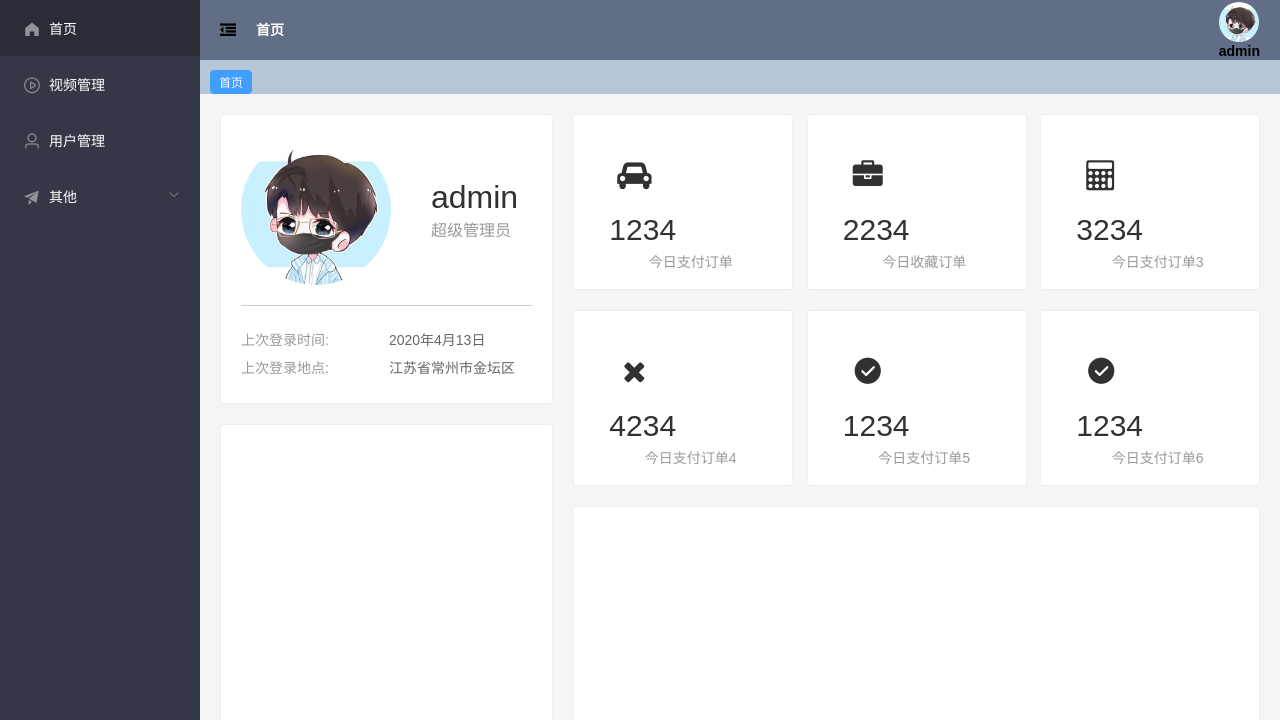
Repository: coWhy/vue-manage
Page: /
These files come from the project's save history. The page is drawn as it stood at one moment and after a run of saves; the edit follows.
The browser window is 1280 px wide. The pictures show the whole page.
An inner scrolling area shows only its first screen. The project was rebuilt for these pictures with package versions that can differ from the ones it lists, and the page was loaded fresh each time. Also part of the build but not shown: vue.config.js.

Above is the page before, as saved 2020-04-13 23:51:44.

### src/main.js
import Vue from 'vue'
import App from './App.vue'
import router from './router'
import store from './store'
// 全局配置样式
import '@/assets/scss/reset.scss'
import '@/assets/font-awesome-4.7.0/css/font-awesome.css'
// 第三方包
import ElementUI from 'element-ui'
import 'element-ui/lib/theme-chalk/index.css'
// 自定义全局插件
import http from '@/plugins/http' // 自定义全局axios
// 引入Mock 主要是用于前端模拟使用 使用时 记得注释掉
import './mock'

Vue.config.productionTip = false
Vue.use(http)
console.log(
  `当前所处开发环境:【${process.env.NODE_ENV}】| 路由为: 【${process.env.VUE_APP_URL}】`
)
Vue.use(ElementUI)
new Vue({
  router,
  store,
  render: h => h(App)
}).$mount('#app')

### src/App.vue
<template>
  <div id="app">
    <router-view />
  </div>
</template>

<style lang="scss">
#app {
  // color: $theme-color;
  height: 100vh;
}
</style>

### src/router/index.js
import Vue from 'vue'
import VueRouter from 'vue-router'
//
const originalPush = VueRouter.prototype.push
VueRouter.prototype.push = function push(location) {
  return originalPush.call(this, location).catch(err => err)
}
Vue.use(VueRouter)

const routes = [
  {
    path: '/',
    component: () => import('@/views/layout/index'),
    children: [
      {
        path: '/',
        name: 'home',
        component: () => import('@/views/home/index')
      },
      {
        path: '/video',
        name: 'video',
        component: () => import('@/views/video/index')
      },
      {
        path: '/user',
        name: 'user',
        component: () => import('@/views/user/index')
      },
      {
        path: '/page1',
        name: 'page1',
        component: () => import('@/views/other/page1')
      },
      {
        path: '/page2',
        name: 'page2',
        component: () => import('@/views/other/page2')
      }
    ]
  }
]

const router = new VueRouter({
  routes
})

export default router

### src/store/index.js
import Vue from 'vue'
import Vuex from 'vuex'
import tag from './modules/tag'
Vue.use(Vuex)

export default new Vuex.Store({
  state: {},
  mutations: {},
  actions: {},
  modules: {
    tag
  }
})

### src/plugins/http.js
// 自定义开发插件
import axios from 'axios'

const MyHttpServer = {}

MyHttpServer.install = Vue => {
  // 基准地址
  // axios.defaults.baseURL = process.env.VUE_APP_URL
  const service = axios.create({
    baseURL: process.env.VUE_APP_URL, //请求基础url
    timeout: 3000 //  请求超时时间
  })
  // 添加请求拦截器 token拦截
  service.interceptors.request.use(
    config => {
      return config
    },
    err => {
      console.log(err)
    }
  )
  // 响应拦截器
  service.interceptors.response.use(
    response => {
      let res = {}
      //  此处对不同状态码 进行不同的操作 比如404 跳转页面等
      res.status = response.status
      res.data = response.data
      return res
    },
    err => {
      console.log(err)
    }
  )
  Vue.prototype.$http = axios
}
export default MyHttpServer

### src/mock/index.js
import Mock from 'mockjs'
import homeApi from './home'
Mock.setup({
  timeout: '200-2000' // 设置延时 [200 - 2000ms]
})
// 首页相关
// 拦截 /home/getData
Mock.mock('/home/getData', 'get', homeApi.getHomeData) // /\/home\/getData/.

### src/assets/scss/_variable.scss
// 全局配置样式 修改主题颜色
$theme-color: #33aef0;

### src/views/layout/index.vue
<template>
  <el-container class="container">
    <!-- 左侧菜单栏 -->
    <el-aside width="auto">
      <common-aside></common-aside>
    </el-aside>
    <el-container>
      <!-- 头部 -->
      <el-header class="header">
        <common-header></common-header>
      </el-header>
      <!-- Tab标签 -->
      <common-tag class="tag"></common-tag>
      <!-- 主体 -->
      <el-main>
        <router-view></router-view>
      </el-main>
    </el-container>
  </el-container>
</template>

<script>
import CommonAside from './components/aside/index'
import CommonHeader from './components/header/index'
import CommonTag from './components/tag/index'
export default {
  components: {
    CommonAside,
    CommonHeader,
    CommonTag
  }
}
</script>

<style lang="scss" scoped>
.container {
  height: 100%;
}
.header {
  background-color: #626e85; // 头部背景色
  width: 100%;
}
.main {
  padding-top: 0;
}
</style>

### src/views/home/index.vue
<template>
  <el-row class="home" :gutter="20">
    <!-- 左侧 -->
    <el-col :span="8">
      <!-- 用户信息描述 -->
      <el-card shadow="hover" style="height:290px">
        <!-- 头像部分 -->
        <div class="user">
          <img :src="userInfo.avatar" />
          <div class="userinfo">
            <p class="name">{{ userInfo.username }}</p>
            <p class="access">{{ userInfo.access }}</p>
          </div>
        </div>
        <!-- 登录后的相关信息描述 如ip 等-->
        <div class="login-info">
          <p>上次登录时间:<span>2020年4月13日</span></p>
          <p>上次登录地点:<span>江苏省常州市金坛区</span></p>
        </div>
      </el-card>
      <el-card shadow="hover" style="height:488px;margin-top:20px"> </el-card>
    </el-col>
    <!-- 右侧 -->
    <el-col :span="16">
      <!-- 顶部  -->
      <div class="num">
        <el-card
          shadow="hover"
          v-for="item in countData"
          :key="item.name"
          :body-style="{ display: flex }"
        >
          <!-- 图标部分 -->
          <i class="icon" :class="item.icon"></i>
          <!-- 详情部分  -->
          <div class="detail">
            <p class="num">{{ item.value }}</p>
            <p class="txt">{{ item.name }}</p>
          </div>
        </el-card>
      </div>
      <!-- 底部 -->
      <el-card shadow="hover">
        <!-- 图表 -->
        <div style="height:210px"></div>
      </el-card>
      <div class="graph">
        <el-card shadow="hover">
          <div style="height:200px"></div>
        </el-card>
        <el-card shadow="hover">
          <div style="height:200px"></div>
        </el-card>
      </div>
    </el-col>
  </el-row>
</template>

<script>
export default {
  data() {
    return {
      // 用户信息
      userInfo: {
        username: 'admin', // 用户名
        avatar: require('@/assets/images/user.jpg'), // 用户头像
        access: '超级管理员' // 登录权限
      },
      countData: [
        {
          name: '今日支付订单',
          value: 1234,
          icon: 'fa fa-car',
          color: '#2ec7c9'
        },
        {
          name: '今日收藏订单',
          value: 2234,
          icon: 'fa fa-briefcase',
          color: '#2ec7c9'
        },
        {
          name: '今日支付订单3',
          value: 3234,
          icon: 'fa fa-calculator',
          color: '#2ec7c9'
        },
        {
          name: '今日支付订单4',
          value: 4234,
          icon: 'fa fa-times',
          color: '#2ec7c9'
        },
        {
          name: '今日支付订单5',
          value: 1234,
          icon: 'el-icon-success',
          color: '#2ec7c9'
        },
        {
          name: '今日支付订单6',
          value: 1234,
          icon: 'el-icon-success',
          color: '#2ec7c9'
        }
      ]
    }
  },
  methods: {
    async getVideoData() {
      const res = await this.$http.get('/home/getData')
      console.log(res)
    }
  },
  created() {
    this.getVideoData()
  }
}
</script>

<style lang="scss" scoped>
@import '~@/assets/scss/home';
</style>

### src/store/modules/tag.js
export default {
  state: {
    isCollapse: false, // 左侧菜单栏是否折叠
    curMenu: null, // 点击选中的菜单
    menuList: [], // 全部菜单
    tagList: [
      // 首页是不可关闭的
      {
        path: '/',
        name: 'home',
        title: '首页',
        icon: 'el-icon-s-home'
      }
    ] // 存放tags 点击后 就存到里面去
  },
  mutations: {
    // 点击 菜单之后 对应的tab 标签也要 进入 tabList 进行存放
    // 首页 不加入tabList
    getMenu(state, selectedMenu) {
      if (selectedMenu.name !== 'home') {
        state.curMenu = selectedMenu
        let result = state.tagList.findIndex(
          item => item.name === selectedMenu.name
        )
        if (result === -1) {
          // 没找到这个tag 就放进tagList
          state.tagList.push(selectedMenu)
        }
      } else {
        state.curMenu = null
      }
    },
    // 关闭选中的tag
    closeTag(state, selectedTag) {
      // if (selectedTag.name !== 'home') {
      // }
      // 找到tag的索引 进行删除
      let result = state.tagList.findIndex(
        item => item.name === selectedTag.name
      )
      state.tagList.splice(result, 1)
    },
    // 折叠左侧菜单栏
    collapseAsideMenu(state) {
      state.isCollapse = !state.isCollapse
    }
  },
  actions: {},
  modules: {}
}

### src/mock/home.js
import Mock from 'mockjs'
export default {
  getHomeData: () => {
    return {
      code: 20000,
      data: [
        {
          name: 'SpringBoot',
          value: Mock.Random.float(1000, 10000, 0, 2)
        },
        {
          name: 'SpringBoot',
          value: Mock.Random.float(1000, 10000, 0, 2)
        },
        {
          name: 'React',
          value: Mock.Random.float(1000, 10000, 0, 2)
        },
        {
          name: 'Vue',
          value: Mock.Random.float(1000, 10000, 0, 2)
        },
        {
          name: '微信小程序',
          value: Mock.Random.float(1000, 10000, 0, 2)
        },
        {
          name: 'Es6',
          value: Mock.Random.float(1000, 10000, 0, 2)
        },
        {
          name: 'Java',
          value: Mock.Random.float(1000, 10000, 0, 2)
        }
      ]
    }
  }
}

### src/views/layout/components/aside/index.vue
<template>
  <el-menu
    default-active="2"
    class="el-menu-vertical-demo"
    :background-color="asideSetting.bgColor"
    :text-color="asideSetting.texteColor"
    :active-text-color="asideSetting.activeTextColor"
    :collapse="isCollapse"
  >
    <!-- 这是没有子级菜单的
    handleClickMenu(item) 将选中的菜单元素存入store中的menu 用于tab使用
    由于 分两种情况 所以 下面两种 都需要加上handleClickMenu 事件
    v-for="item in noChildrenList" 遍历元素列表
    :index="item.path"  路由相关
    :key="item.title" 索引 避免重复
    -->
    <!-- noChildrenList -->
    <el-menu-item
      :index="item.path"
      v-for="item in noChildrenList"
      :key="item.title"
      @click="handleClickMenu(item)"
    >
      <i :class="item.icon"></i>
      <span slot="title">{{ item.title }}</span>
    </el-menu-item>
    <!-- hasChildrenList -->
    <el-submenu
      :index="item.title"
      v-for="item in hasChildrenList"
      :key="item.title"
    >
      <template slot="title">
        <i :class="item.icon"></i>
        <span slot="title">{{ item.title }}</span>
      </template>
      <el-menu-item-group>
        <el-menu-item
          :index="subItem.path"
          v-for="subItem in item.children"
          :key="subItem.title"
          @click="handleClickMenu(subItem)"
        >
          <i :class="subItem.icon"></i>
          <span slot="title">{{ subItem.title }}</span>
        </el-menu-item>
      </el-menu-item-group>
    </el-submenu>
  </el-menu>
</template>

<script>
export default {
  computed: {
    noChildrenList() {
      // asideMenuList 没有 子级菜单
      return this.asideMenuList.filter(item => !item.children)
    },
    hasChildrenList() {
      // asideMenuList 有 子级菜单
      return this.asideMenuList.filter(item => item.children)
    },
    // 取出vuex中的是否折叠isCollapse
    isCollapse() {
      return this.$store.state.tag.isCollapse
    }
  },
  data() {
    return {
      asideSetting: {
        bgColor: '#343746', // 侧边栏背景颜色
        activeTextColor: '#4ffffb', // 选中字体的颜色
        texteColor: '#fff' // 默认字体颜色
      },
      //侧边栏菜单列表
      asideMenuList: [
        {
          path: '/',
          name: 'home',
          title: '首页',
          icon: 'el-icon-s-home'
        },
        {
          path: '/video',
          name: 'video',
          title: '视频管理',
          icon: 'el-icon-video-play'
        },
        {
          path: '/user',
          name: 'user',
          title: '用户管理',
          icon: 'el-icon-user'
        },
        {
          title: '其他',
          icon: 'el-icon-s-promotion',
          children: [
            {
              path: '/page1',
              name: 'page1',
              title: '页面1',
              icon: 'el-icon-setting'
            },
            {
              path: '/page2',
              name: 'page2',
              title: '页面2',
              icon: 'el-icon-setting'
            }
          ]
        }
      ]
    }
  },
  methods: {
    // 选中菜单 传入store
    handleClickMenu(item) {
      // 跳转到指定的页面
      this.$router.push({ name: item.name })
      this.$store.commit('getMenu', item)
    }
  }
}
</script>

<style lang="scss" scoped>
.el-menu {
  // 菜单占满容器
  height: 100%;
  border: none;
}
// 折叠样式
.el-menu-vertical-demo:not(.el-menu--collapse) {
  width: 200px;
  min-height: 400px;
}
</style>

### src/views/layout/components/header/index.vue
<template>
  <header class="header">
    <div class="l-content">
      <!-- 折叠标签 可以折叠左侧菜单栏 折叠：fa fa-outdent 展开： fa fa-indent -->
      <i
        :class="
          $store.state.tag.isCollapse === true
            ? 'fa fa-indent'
            : 'fa fa-outdent '
        "
        aria-hidden="true"
        @click="collapseAsideMenu()"
      ></i>
      <!-- 面包屑导航 -->
      <el-breadcrumb separator="/">
        <!-- 默认保留一个 首页 -->
        <el-breadcrumb-item :to="{ path: '/' }">首页</el-breadcrumb-item>
        <!-- curMenu 不为null的时候才渲染出来 -->
        <el-breadcrumb-item :to="curMenu.path" v-if="curMenu">
          {{ curMenu.title }}
        </el-breadcrumb-item>
      </el-breadcrumb>
    </div>
    <!-- 用户部分 头像 下拉菜单 等 -->
    <div class="r-content">
      <el-dropdown trigger="click" size="mini">
        <span class="el-dropdown-link">
          <!-- 用户头像 和 用户名 动态获取 -->
          <img :src="userInfo.avatar" class="avatar" />
          <span class="name">{{ userInfo.username }}</span>
        </span>
        <el-dropdown-menu slot="dropdown">
          <el-dropdown-item>个人中心</el-dropdown-item>
          <el-dropdown-item>退出登录</el-dropdown-item>
        </el-dropdown-menu>
      </el-dropdown>
    </div>
  </header>
</template>

<script>
import { mapState } from 'vuex'
export default {
  computed: {
    ...mapState({
      curMenu: state => state.tag.curMenu // 选中的菜单对象
    })
  },
  data() {
    return {
      // 用户信息
      userInfo: {
        username: 'admin', // 用户名
        avatar: require('@/assets/images/user.jpg') // 用户头像
      }
    }
  },
  methods: {
    // 折叠左侧菜单栏
    collapseAsideMenu() {
      this.$store.commit('collapseAsideMenu')
    }
  }
}
</script>

<style lang="scss" scoped>
.header {
  display: flex;
  height: 100%;
  align-items: center;
  justify-content: space-between;
}
.l-content {
  // width: 380;
  display: flex;
  align-items: center;
  i {
    margin-right: 20px;
  }
  justify-content: space-between;
}
.r-content {
  .avatar {
    width: 40px;
    height: 40px;
    border-radius: 50%;
  }
  .name {
    display: flex;
    height: 100%;
    color: black;
    font-weight: bolder;
    align-items: center;
  }
}
</style>
<style lang="scss">
.el-breadcrumb__item {
  .el-breadcrumb__inner {
    color: #b9d0fb;
    font-weight: normal;
  }
  &:last-child {
    .el-breadcrumb__inner {
      color: #ffffff;
      font-weight: bolder;
    }
  }
}
</style>

### src/views/layout/components/tag/index.vue
<template>
  <div class="tags">
    <!--  tabs标签
  不是首页才可以关闭
  选中tag颜色变化 :effect="$route.name === tag.name ? 'dark' : 'plain'"
  -->
    <el-tag
      size="small"
      :key="tag.name"
      v-for="tag in tagList"
      :closable="tag.name !== 'home'"
      :disable-transitions="false"
      @close="handleClose(tag)"
      @click="changeMenu(tag)"
      :effect="$route.name === tag.name ? 'dark' : 'plain'"
    >
      {{ tag.title }}
    </el-tag>
  </div>
</template>

<script>
import { mapState, mapMutations } from 'vuex'
export default {
  computed: {
    ...mapState({
      tagList: state => state.tag.tagList
    })
  },
  data() {
    return {}
  },
  methods: {
    ...mapMutations({
      closeTag: 'closeTag'
    }),
    // 关闭tag
    handleClose(tag) {
      this.closeTag(tag)
    },
    changeMenu(tag) {
      this.$store.commit('getMenu', tag)
      this.$router.push({ name: tag.name })
    }
  }
}
</script>

<style lang="scss" scoped>
.tags {
  background-color: #b5c6d6;
  position: relative;
  height: 42px;
  border: none;
  overflow: hidden;
  padding: 10px;
  .el-tag {
    padding-top: 1px;
    padding-bottom: 1px;
    margin-right: 15px;
    cursor: pointer;
  }
}
</style>

### src/assets/scss/home.scss
.home {
  .user {
    display: flex;
    align-items: center;
    padding-bottom: 20px;
    margin-bottom: 20px;
    border-bottom: 1px solid #ccc;
    img {
      width: 150px;
      height: 150px;
      border-radius: 50%;
      margin-right: 40px;
    }
    &info {
      .name {
        font-size: 32px;
        margin-bottom: 10px;
      }
      .access {
        color: #999999;
      }
    }
  }
  .login-info {
    p {
      line-height: 28px;
      font-size: 14px;
      color: #999999;
      span {
        color: #666666;
        margin-left: 60px;
      }
    }
  }
  .num {
    display: flex;
    flex-wrap: wrap;
    justify-content: space-between;
    .el-card {
      width: 32%;
      margin-bottom: 20px;
      // /deep/ .el-card__body {
      //   display: flex;
      // }
    }
    .icon {
      font-size: 30px;
      width: 80px;
      height: 80px;
      text-align: center;
      line-height: 80px;
      // color: #fff;
    }
    .detail {
      margin-left: 15px;
      display: flex;
      flex-direction: column;
      justify-content: center;
      .num {
        font-size: 30px;
        margin-bottom: 10px;
      }
      .txt {
        font-size: 14px;
        text-align: center;
        color: #999999;
      }
    }
  }
  .graph {
    margin-top: 20px;
    display: flex;
    justify-content: space-between;
    .el-card {
      width: 48%;
    }
  }
}

Loaded but not shown: public/index.html (common file); src/assets/scss/reset.scss (common file); src/assets/font-awesome-4.7.0/css/font-awesome.css (library)

After the next 2 saves:
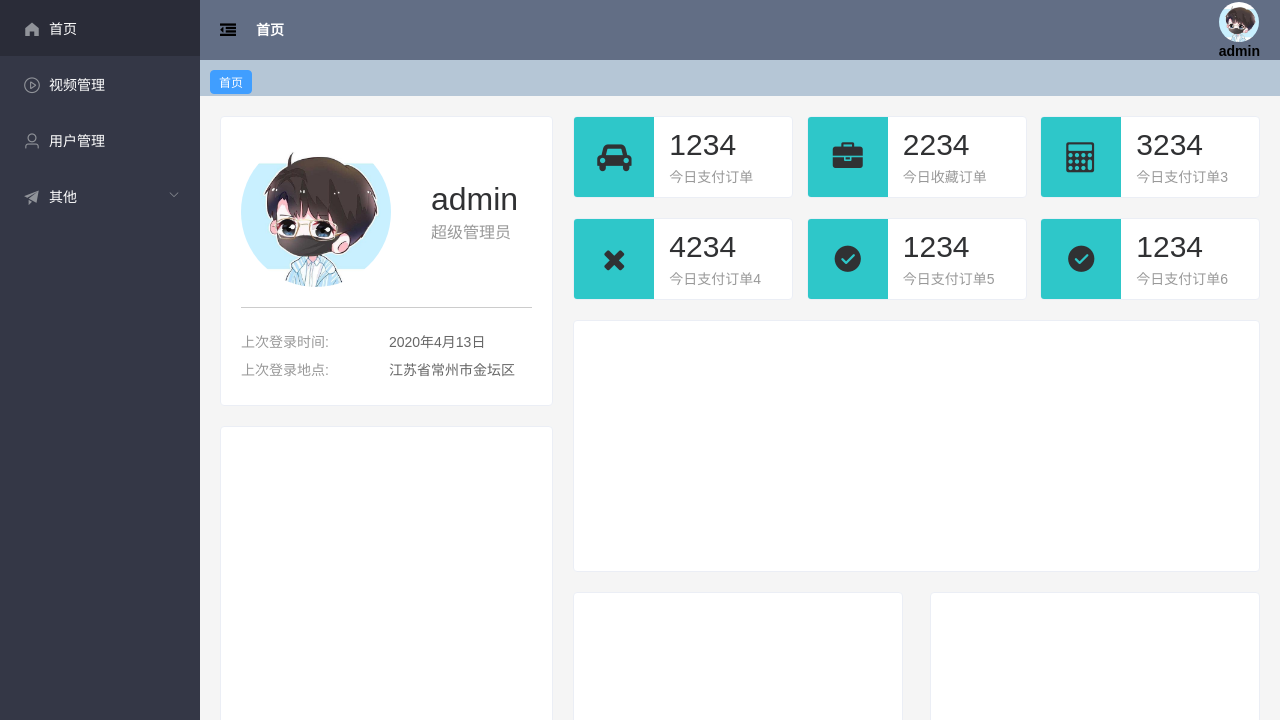
The 2 saves are shown as one change because 1 did not build or start.
The last was saved 108 s later.
--- a/src/views/home/index.vue
+++ b/src/views/home/index.vue
@@ -28,10 +28,14 @@
           shadow="hover"
           v-for="item in countData"
           :key="item.name"
-          :body-style="{ display: flex }"
+          :body-style="{ display: 'flex', padding: 0 }"
         >
           <!-- 图标部分 -->
-          <i class="icon" :class="item.icon"></i>
+          <i
+            class="icon"
+            :class="item.icon"
+            :style="{ background: item.color }"
+          ></i>
           <!-- 详情部分  -->
           <div class="detail">
             <p class="num">{{ item.value }}</p>
